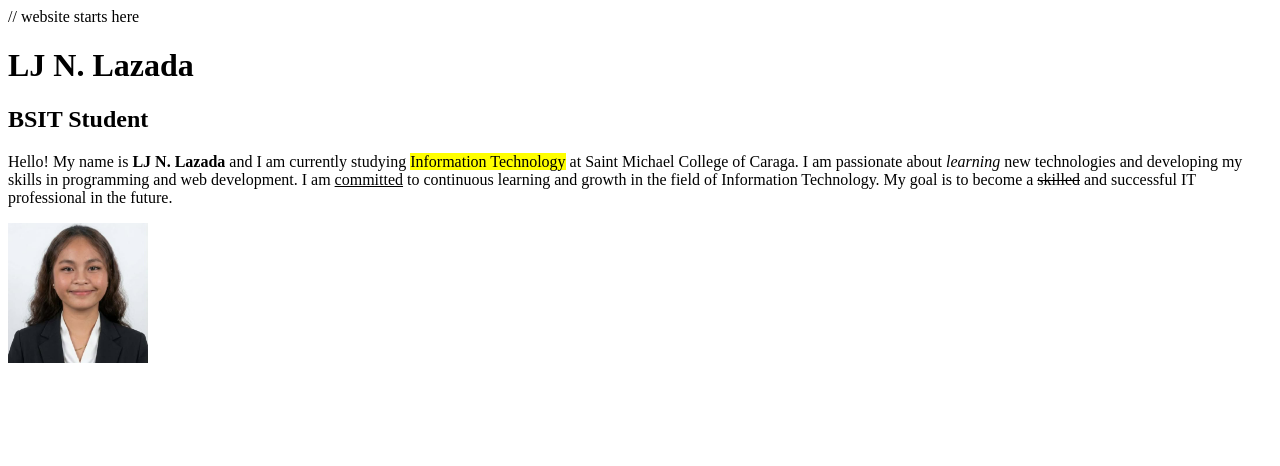
Repository: ljlazada11/myfirsthtml
Page: index.html
These files come from the project's save history. The page is drawn as it stood at one moment and after the next save; the edit follows.
The browser window is 1280 px wide. The pictures show the whole page.

Above is the page before, as saved 2026-06-24 19:13:59.

### index.html
<!DOCTYPE html>
<html lang="en">
<head>
    <meta charset="UTF-8">
    <meta name="viewport" content="width=device-width, initial-scale=1.0">
    <title>My Personal Web Profile</title>
    <link rel="icon" type="image/x-icon" href="images.png">
    // website starts here

</head>
<body>
    <h1>LJ N. Lazada</h1>
    <h2>BSIT Student</h2>
    <p>Hello! My name is <strong>LJ N. Lazada</strong> and I am currently studying <mark>Information Technology</mark> at Saint Michael College of Caraga. I am passionate about <i>learning</i> new technologies and developing my skills in programming and web development. I am <ins>committed</ins> to continuous learning and growth in the field of Information Technology. My goal is to become a <del>skilled</del> and successful IT professional in the future.</p>
    <img src="pic.jpg" alt="My	Profile	Picture" width="140" height="140">
</body>
</html>

After the next save:
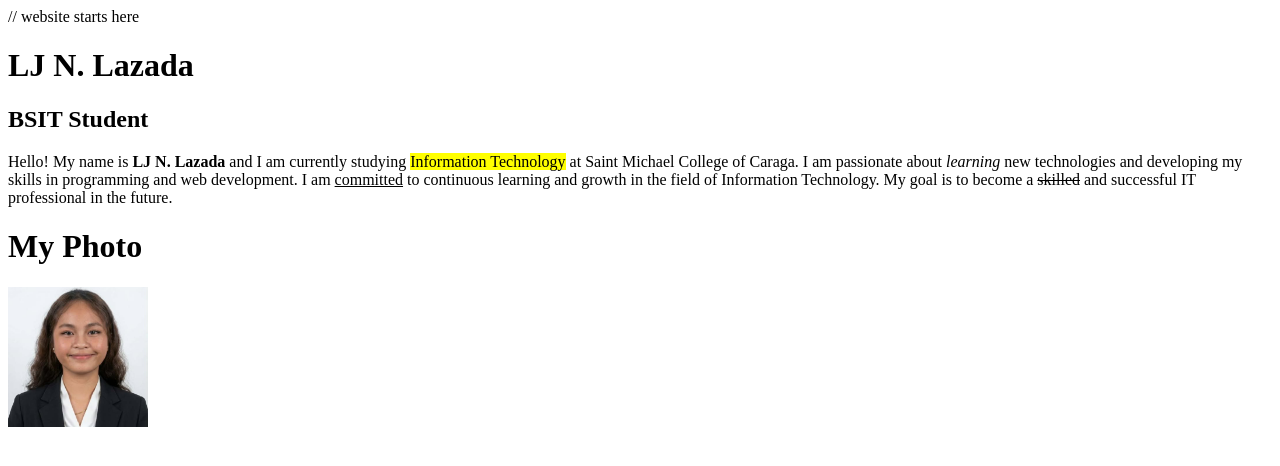
Saved 74 s later.
--- a/index.html
+++ b/index.html
@@ -12,6 +12,7 @@
     <h1>LJ N. Lazada</h1>
     <h2>BSIT Student</h2>
     <p>Hello! My name is <strong>LJ N. Lazada</strong> and I am currently studying <mark>Information Technology</mark> at Saint Michael College of Caraga. I am passionate about <i>learning</i> new technologies and developing my skills in programming and web development. I am <ins>committed</ins> to continuous learning and growth in the field of Information Technology. My goal is to become a <del>skilled</del> and successful IT professional in the future.</p>
+</body>
+    <h1>My Photo</h1>
     <img src="pic.jpg" alt="My	Profile	Picture" width="140" height="140">
-</body>
 </html>
